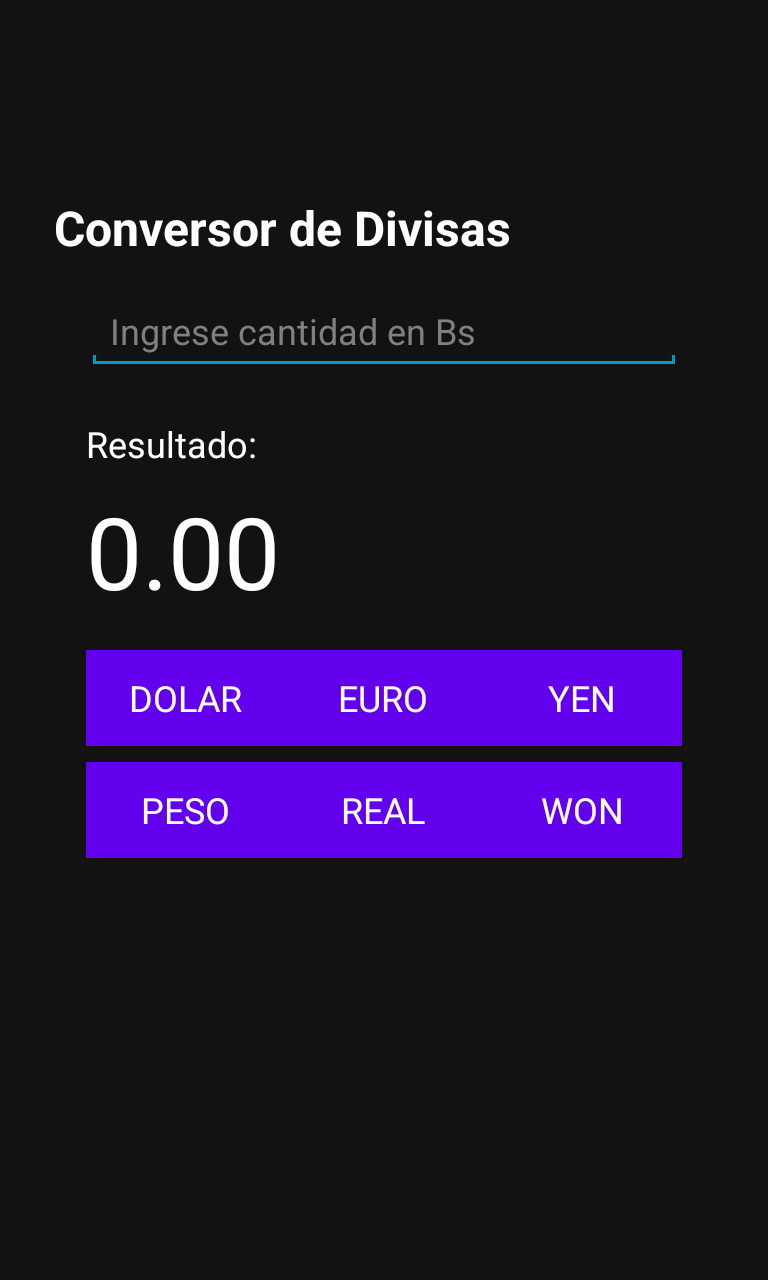
Repository: NeilEyner/AppComunidad
Layout: Cambio/res/layout/activity_main.xml
An editor plug-in stored every save of this project. The layout is shown before and after the next save, followed by the edit.
It is drawn on a 768 x 1280 px phone screen (xhdpi) without system bars, with theme AppTheme; the app's code is not run.

Above is the layout before, as saved 2024-08-20 00:28:50.

### Cambio/res/layout/activity_main.xml
<LinearLayout xmlns:android="http://schemas.android.com/apk/res/android"
    xmlns:tools="http://schemas.android.com/tools"
    android:layout_width="match_parent"
    android:layout_height="match_parent"
    android:background="#121212"
    android:gravity="center"
    android:orientation="vertical"
    android:paddingBottom="@dimen/activity_vertical_margin"
    android:paddingLeft="@dimen/activity_horizontal_margin"
    android:paddingRight="@dimen/activity_horizontal_margin"
    android:paddingTop="@dimen/activity_vertical_margin"
    tools:context=".MainActivity" >

    <ScrollView
        android:id="@+id/scrollView1"
        android:layout_width="330dp"
        android:layout_height="577dp" >

        <LinearLayout
            android:layout_width="match_parent"
            android:layout_height="match_parent"
            android:orientation="vertical" >

            <LinearLayout
                android:layout_width="match_parent"
                android:layout_height="wrap_content"
                android:layout_marginTop="42dp"
                android:orientation="vertical" >

                <TextView
                    android:id="@+id/titleText"
                    android:layout_width="wrap_content"
                    android:layout_height="wrap_content"
                    android:layout_marginTop="24dp"
                    android:gravity="center"
                    android:text="Conversor de Divisas"
                    android:textColor="#ffffff"
                    android:textSize="24sp"
                    android:textStyle="bold" />

                <EditText
                    android:id="@+id/editText1"
                    android:layout_width="match_parent"
                    android:layout_height="wrap_content"
                    android:layout_marginLeft="16dp"
                    android:layout_marginRight="16dp"
                    android:layout_marginTop="16dp"
                    android:ems="10"
                    android:hint="Ingrese cantidad en Bs"
                    android:textColor="#ffffff" >

                    <requestFocus />
                </EditText>

                <TextView
                    android:id="@+id/textView1"
                    android:layout_width="wrap_content"
                    android:layout_height="wrap_content"
                    android:layout_marginLeft="16dp"
                    android:layout_marginRight="16dp"
                    android:layout_marginTop="24dp"
                    android:text="Resultado:"
                    android:textColor="#ffffff"
                    android:textSize="18sp" />

                <TextView
                    android:id="@+id/resultText"
                    android:layout_width="wrap_content"
                    android:layout_height="wrap_content"
                    android:layout_marginLeft="16dp"
                    android:layout_marginRight="16dp"
                    android:layout_marginTop="8dp"
                    android:text="0.00"
                    android:textColor="#ffffff"
                    android:textSize="50sp" />
            </LinearLayout>

            <LinearLayout
                android:layout_width="match_parent"
                android:layout_height="wrap_content"
                android:layout_marginTop="16dp"
                android:gravity="center_horizontal"
                android:orientation="horizontal"
                android:paddingLeft="16dp"
                android:paddingRight="16dp" >

                <Button
                    android:id="@+id/button1"
                    android:layout_width="0dp"
                    android:layout_height="wrap_content"
                    android:layout_weight="1"
                    android:background="#6200EE"
                    android:minHeight="48dp"
                    android:minWidth="0dp"
                    android:text="DOLAR"
                    android:textColor="#ffffff" />

                <Button
                    android:id="@+id/button2"
                    android:layout_width="0dp"
                    android:layout_height="wrap_content"
                    android:layout_weight="1"
                    android:background="#6200EE"
                    android:minHeight="48dp"
                    android:minWidth="0dp"
                    android:text="EURO"
                    android:textColor="#ffffff" />

                <Button
                    android:id="@+id/button3"
                    android:layout_width="0dp"
                    android:layout_height="wrap_content"
                    android:layout_weight="1"
                    android:background="#6200EE"
                    android:minHeight="48dp"
                    android:minWidth="0dp"
                    android:text="YEN"
                    android:textColor="#ffffff" />
            </LinearLayout>

            <LinearLayout
                android:layout_width="match_parent"
                android:layout_height="wrap_content"
                android:layout_marginTop="8dp"
                android:gravity="center_horizontal"
                android:orientation="horizontal"
                android:paddingLeft="16dp"
                android:paddingRight="16dp" >

                <Button
                    android:id="@+id/button4"
                    android:layout_width="0dp"
                    android:layout_height="wrap_content"
                    android:layout_weight="1"
                    android:background="#6200EE"
                    android:minHeight="48dp"
                    android:minWidth="0dp"
                    android:text="PESO"
                    android:textColor="#ffffff" />

                <Button
                    android:id="@+id/button5"
                    android:layout_width="0dp"
                    android:layout_height="wrap_content"
                    android:layout_weight="1"
                    android:background="#6200EE"
                    android:minHeight="48dp"
                    android:minWidth="0dp"
                    android:text="REAL"
                    android:textColor="#ffffff" />

                <Button
                    android:id="@+id/button6"
                    android:layout_width="0dp"
                    android:layout_height="wrap_content"
                    android:layout_weight="1"
                    android:background="#6200EE"
                    android:minHeight="48dp"
                    android:minWidth="0dp"
                    android:text="WON"
                    android:textColor="#ffffff" />
            </LinearLayout>

        </LinearLayout>
    </ScrollView>

</LinearLayout>

Loaded but not shown: Cambio/res/values/styles.xml (common file); Cambio/res/values-v11/styles.xml (common file); Cambio/res/values-v14/styles.xml (common file); Cambio/res/values/dimens.xml (common file)

After the next save:
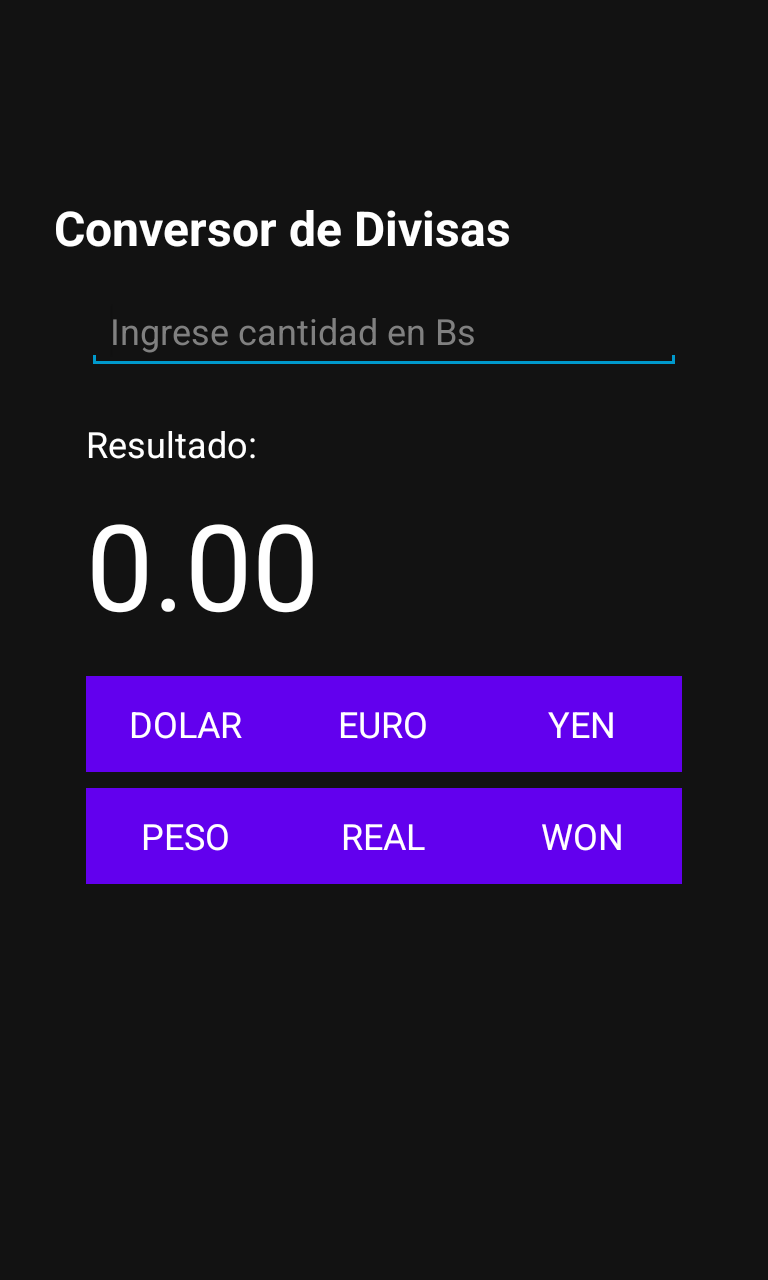
Saved 2 min 55 s later.
--- a/Cambio/res/layout/activity_main.xml
+++ b/Cambio/res/layout/activity_main.xml
@@ -72,7 +72,7 @@
                     android:layout_marginTop="8dp"
                     android:text="0.00"
                     android:textColor="#ffffff"
-                    android:textSize="50sp" />
+                    android:textSize="60sp" />
             </LinearLayout>
 
             <LinearLayout
